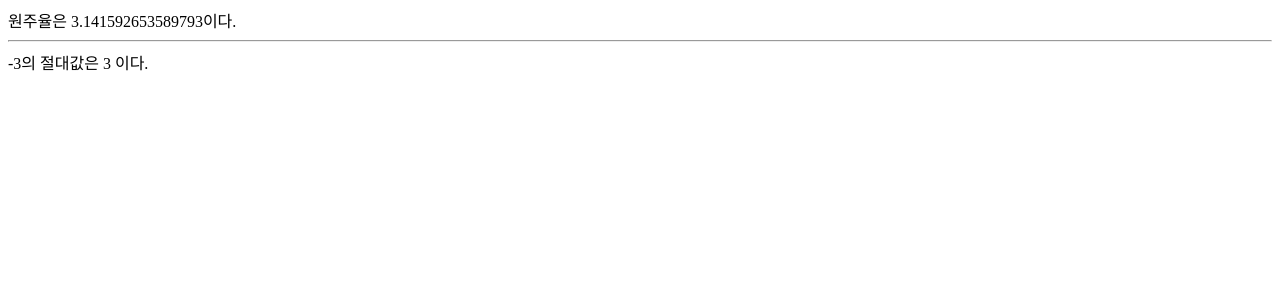
Repository: gambler1541/JSP
Page: http://localhost/first_jsp/jsp_1/comments.jsp
These files come from the project's save history. The page is drawn as it stood at one moment and after the next save; the edit follows.
The browser window is 1280 px wide. The pictures show the whole page.
The page is served by Tomcat 9. Other server files are loaded and not shown.

Above is the page before, as saved 2020-06-22 05:11:19.

### first_jsp/WebContent/jsp_1/comments.jsp
<%@ page language="java" contentType="text/html; charset=UTF-8"
    pageEncoding="UTF-8"%>
<!DOCTYPE html>
<html>
<head>
<meta charset="UTF-8">
<title>JSP 예제 comments.jsp</title>
</head>
<body>
<!-- 이것은 HTML 주석으로 웹 브라우저의 [소스 보기]에서 보입니다. -->
	<%-- 이것은 HTML 주석으로 웹 브라우저의 [소스 보기]에서 보입니다. --%>
	<%!
		/*
		 절대값을 반환하는 메소드 abs()
		*/
		public int abs(int a) {
		// if 문장을 활용
		if(a < 0) return -a; // 음수이면 양수로 반환
		else return a;
		}
	%>
	원주율은 <%= Math.PI %>이다. <hr />
	-3의 절대값은 <%= abs(-3) %> 이다.
</body>
</html>

After the next save:
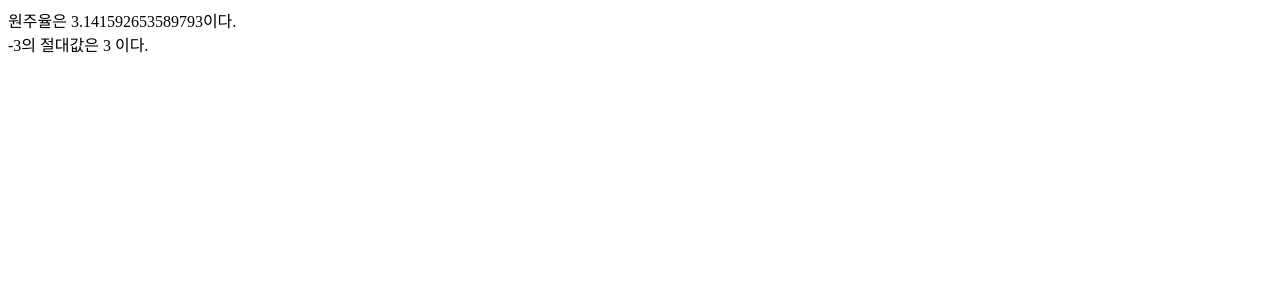
Saved 52 s later.
--- a/first_jsp/WebContent/jsp_1/comments.jsp
+++ b/first_jsp/WebContent/jsp_1/comments.jsp
@@ -19,7 +19,7 @@
 		else return a;
 		}
 	%>
-	원주율은 <%= Math.PI %>이다. <hr />
+	원주율은 <%= Math.PI %>이다. <br />
 	-3의 절대값은 <%= abs(-3) %> 이다.
 </body>
 </html>
